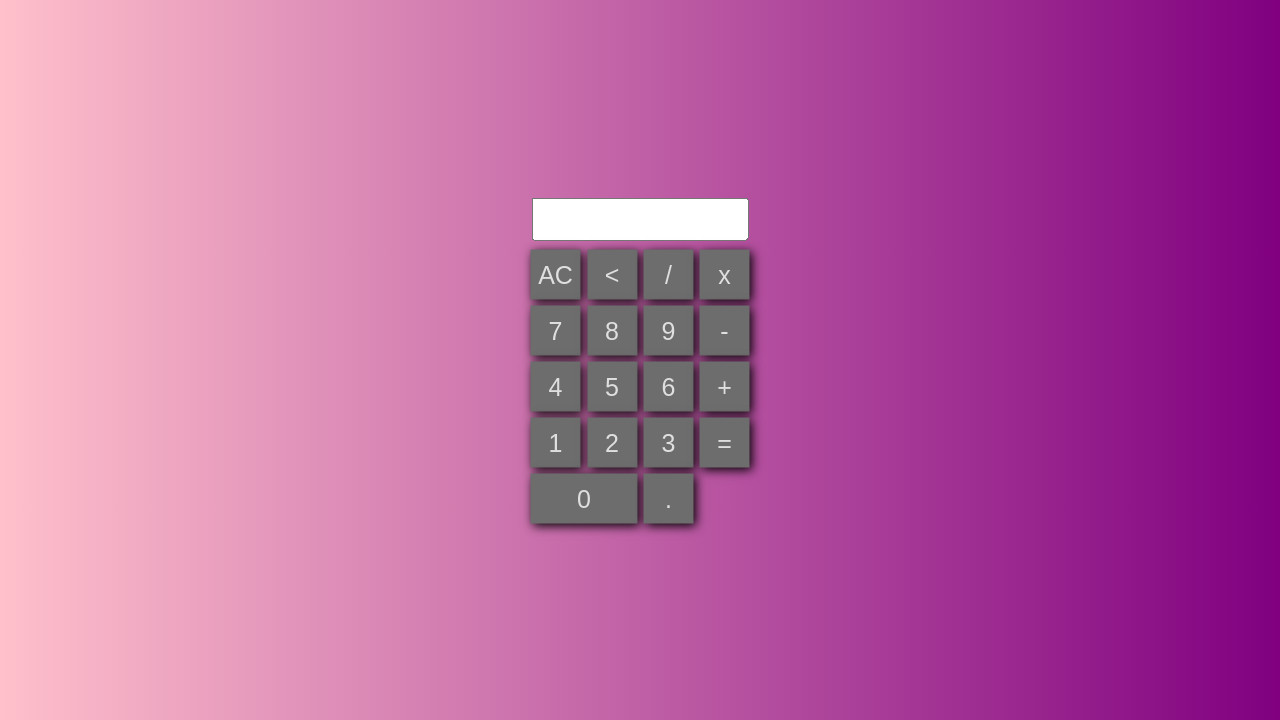
Repository: lacey-crenshaw/calculator
Page: index.html
An editor plug-in stored every save of this project. The page is shown before and after the next save, followed by the edit.
The browser window is 1280 px wide. The pictures show the whole page.

Above is the page before, as saved 2020-02-14 10:09:32.

### index.html
<html>

<head>
    <link rel="stylesheet" href="style.css">
    <script>
        function insert(num) {
            document.form.textview.value = document.form.textview.value + num
        }

        function equal() {
            let exp = document.form.textview.value;
            if (exp) {
                document.form.textview.value = eval(exp)
            }
        }

        function ac() {
            document.form.textview.value = "";
        }

        function back() {
            let exp = document.form.textview.value;
            document.form.textview.value = exp.substring(0, exp.length - 1);
        }
    </script>
</head>

<body>
    <div class="bg"></div>
    <div class="main">
        <form name="form">
            <input class="textview" name="textview">
        </form>
        <table>
            <tr>
                <td><input class="button" type="button" value="AC" onclick="ac()"> </td>
                <td><input class="button" type="button" value="<" onclick="back()"> </td>
                <td><input class="button" type="button" value="/" onclick="insert('/')"> </td>
                <td><input class="button" type="button" value="x" onclick="insert('*')"> </td>
            </tr>
            <tr>
                <td><input class="button" type="button" value="7" onclick="insert(7)"></td>
                <td><input class="button" type="button" value="8" onclick="insert(8)"> </td>
                <td><input class="button" type="button" value="9" onclick="insert(9)"> </td>
                <td><input class="button" type="button" value="-" onclick="insert('-')"> </td>
            </tr>
            <tr>
                <td><input class="button" type="button" value="4" onclick="insert(4)"> </td>
                <td><input class="button" type="button" value="5" onclick="insert(5)"> </td>
                <td><input class="button" type="button" value="6" onclick="insert(6)"> </td>
                <td><input class="button" type="button" value="+" onclick="insert('+')"> </td>
            </tr>
            <tr>
                <td><input class="button" type="button" value="1" onclick="insert(1)"> </td>
                <td><input class="button" type="button" value="2" onclick="insert(2)"> </td>
                <td><input class="button" type="button" value="3" onclick="insert(3)"> </td>
                <td><input class="button" type="button" value="=" onclick="equal()"></td>
            </tr>
            <tr>
                <td colspan="2"><input class="button" id="zero" type="button" value="0" onclick="insert(0)">
                </td>
                <td><input class="button" type="button" value="." onclick="insert('.')"> </td>
            </tr>
        </table>
    </div>
</body>

</html>

### style.css
*{
    margin:0;
    padding:0;
}

.button {
    width: 50;
    height: 50;
    font-size: 25;
    margin: 2;
    cursor: pointer;
    background:  #6d6d6d;
    color: #dfdfe0;
    border: none;
    box-shadow: 2px 2px 10px black;
}

.textview {
    width: 217;
    margin: 5;
    font-size: 25;
    padding: 5;
    color: #6d6d6d;;
}

.main {
    position: absolute;
    top: 50%;
    left: 50%;
    transform: translateX(-50%) translateY(-50%);
}

.bg {
    background: linear-gradient(to right, pink, purple);
    height: 100%;
}

#zero {
    width: 107;
}

After the next save:
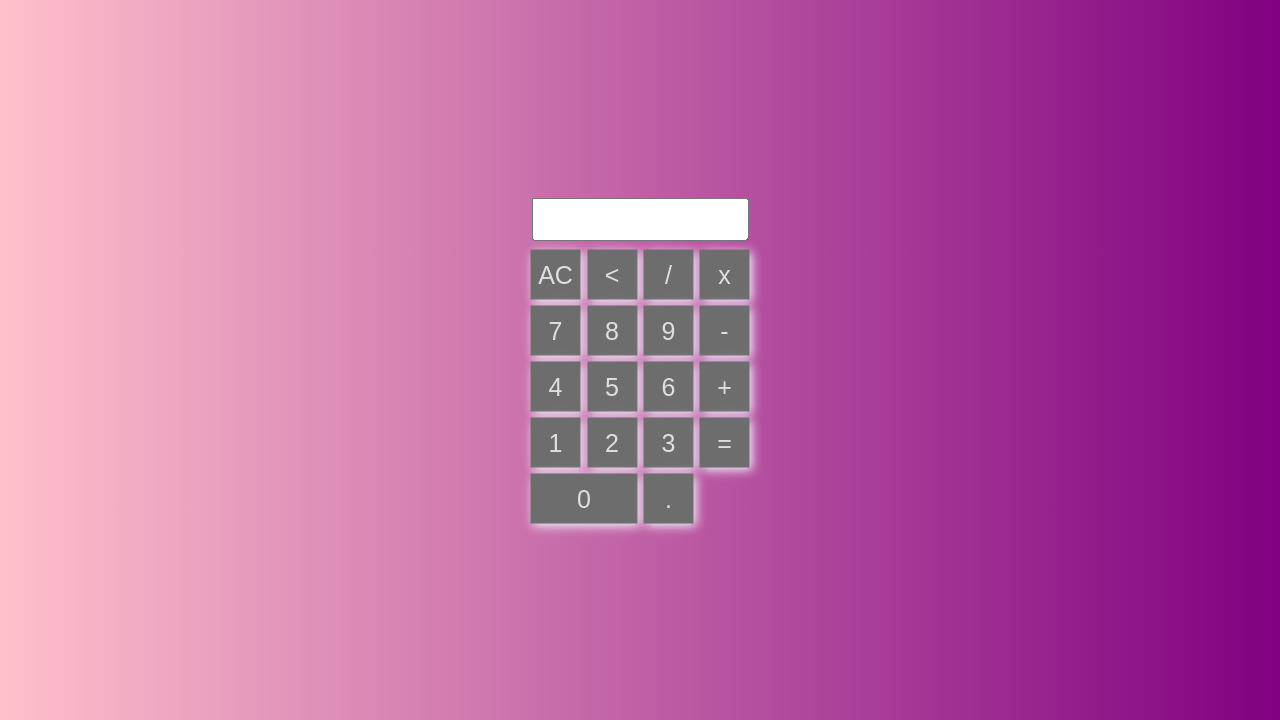
Saved 6 s later.
--- a/style.css
+++ b/style.css
@@ -12,7 +12,7 @@
     background:  #6d6d6d;
     color: #dfdfe0;
     border: none;
-    box-shadow: 2px 2px 10px black;
+    box-shadow: 2px 2px 10px aliceblue;
 }
 
 .textview {
